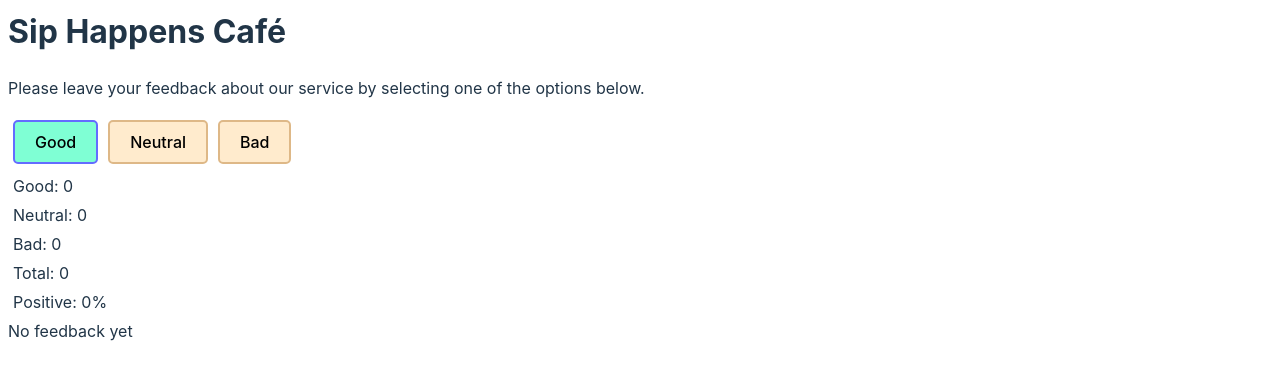
Repository: Evgeniya-Tishakova/goit-react-hw-02
Page: /
The author's editor kept a copy of each file at every save. The page is drawn from the files as they stood at one save, then again after the next save.
The browser window is 1280 px wide. The pictures show the whole page.
The pointer rests on the first visible `button`.
The project was rebuilt for these pictures with package versions that can differ from the ones it lists, and the page was loaded fresh each time. Also part of the build but not shown: vite.config.js.

Above is the page before, as saved 2025-02-28 16:32:09.

After the next save:
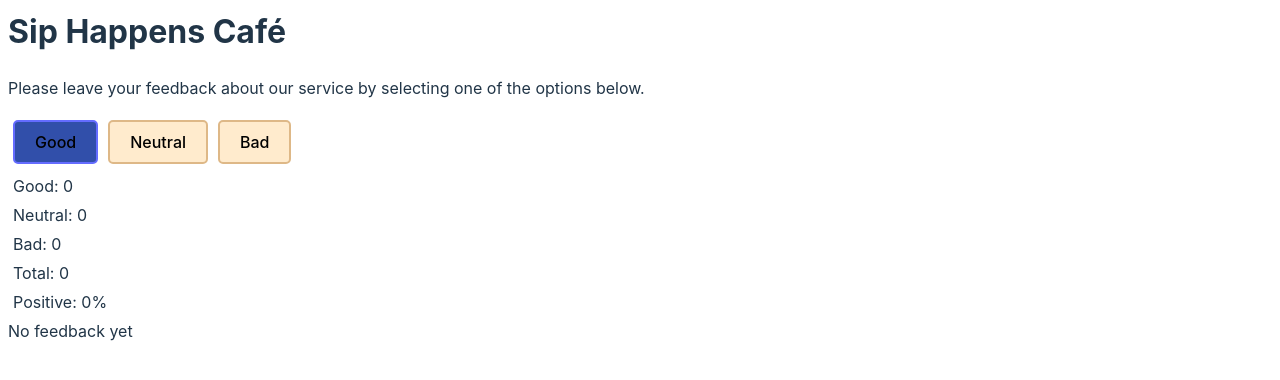
Saved 21 s later.
--- a/src/components/Options/Options.module.css
+++ b/src/components/Options/Options.module.css
@@ -8,7 +8,7 @@
 }
 
 button:hover {
-    background-color: aquamarine;
+    background-color: rgb(49, 79, 170);
 }
 
 button:active {
